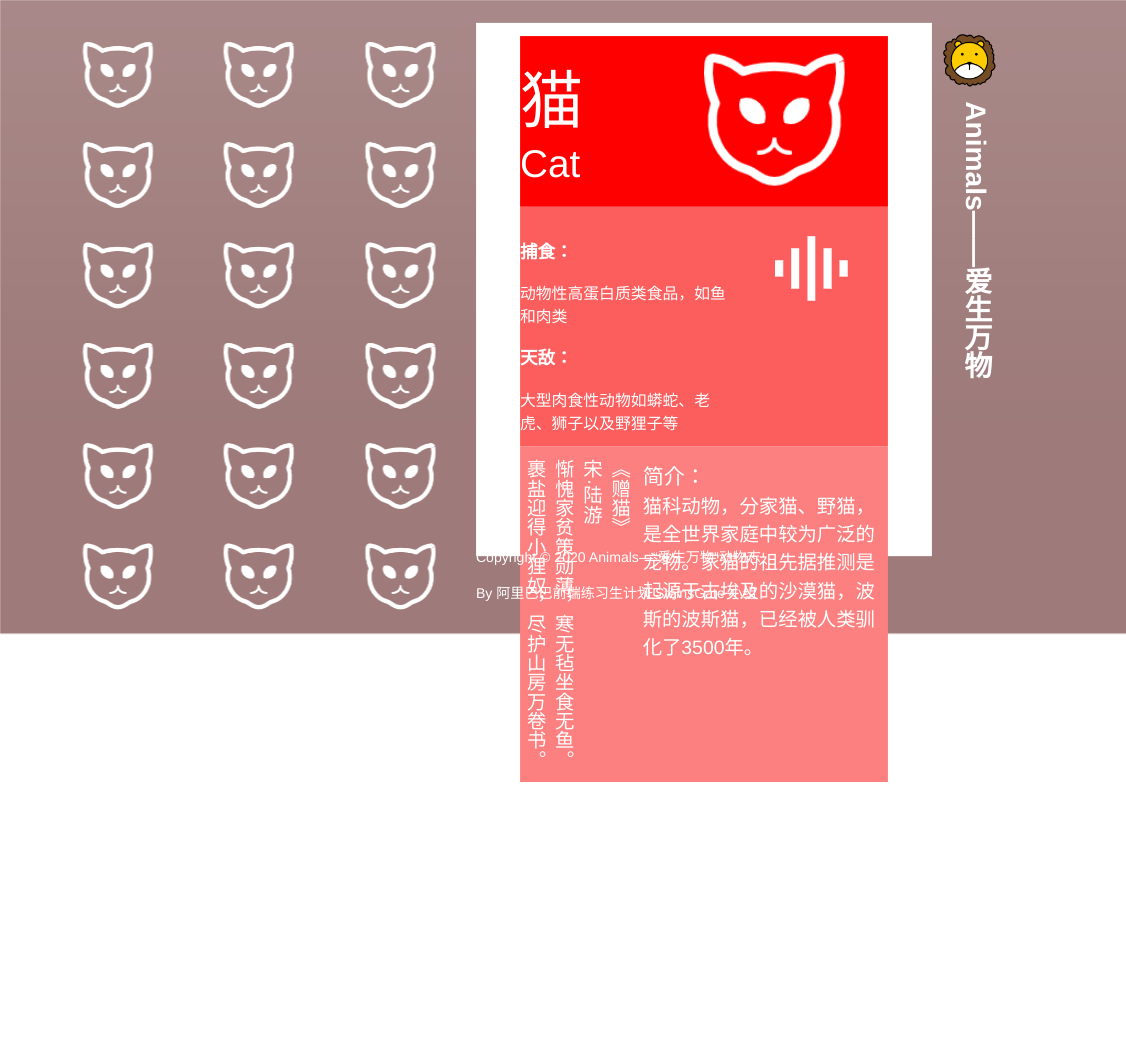
Repository: Whiskeyi/Animals
Page: /
These files come from the project's save history. The page is drawn as it stood at one moment and after a run of saves; the edit follows.
The browser window is 1280 px wide. The pictures show the whole page, at 88% of full size.
The project was rebuilt for these pictures with package versions that can differ from the ones it lists, and the page was loaded fresh each time.

Above is the page before, as saved 2021-11-16 00:44:52.

### public/index.html
<!DOCTYPE html>
<html lang="en">
  <head>
    <meta charset="utf-8">
    <meta http-equiv="X-UA-Compatible" content="IE=edge">
    <meta name="viewport" content="width=device-width,initial-scale=1.0">
    <link rel="icon" href="<%= BASE_URL %>favicon.ico">
    <title>Animals</title>
  </head>
  <body>
    <noscript>
      <strong>We're sorry but animals doesn't work properly without JavaScript enabled. Please enable it to continue.</strong>
    </noscript>
    <div id="app"></div>
    <!-- built files will be auto injected -->
  </body>
</html>

### src/main.js
import Vue from 'vue'
import App from './App.vue'
import router from './router'
import store from './store'
import './plugins/element.js' // 引入element-ui

Vue.config.productionTip = false

new Vue({
  router,
  store,
  render: h => h(App)
}).$mount('#app')

### src/App.vue
<template>
  <div id="app">
    <!-- 入口 -->
    <router-view/>
  </div>
</template>

<style lang="scss">
#app {
  font-family: 'Avenir', Helvetica, Arial, sans-serif;
  -webkit-font-smoothing: antialiased;
  -moz-osx-font-smoothing: grayscale;
}

html, body {  // 去除白边
    width: 100%;
    height: 100%;
    margin: 0;
    padding: 0;
    position: relative;
}

</style>

### src/router.js
// 路由
import Vue from 'vue'
import Router from 'vue-router'
import Home from './views/Home.vue'

Vue.use(Router)

export default new Router({
  mode: 'history',
  base: process.env.BASE_URL,
  routes: [
    {
      path: '/',
      name: 'home',
      component: Home
    }
  ]
})

### src/plugins/element.js
// 引入element-ui
import Vue from 'vue'

import ElementUI from 'element-ui';
import 'element-ui/lib/theme-chalk/index.css';

Vue.use(ElementUI);

### src/views/Home.vue
<template>
  <div class="home">
    <!-- 背景+光泽效果 -->
    <div class="bg">
      <Gloss></Gloss>
    </div>
    <!-- 页面容器 -->
    <div class="container">
      <!-- 左侧展示模块 -->
      <div id="leftContainer">
        <LeftMain></LeftMain>
      </div>
      <!-- 右侧展示模块 -->
      <div id="rightContainer">
        <!-- 输出信息 -->
          <Info></Info>
          <!-- 右侧标题 -->
          <RightHead></RightHead>
          <!-- 尾部 -->
          <Footer></Footer>
      </div>
    </div>
  </div>
</template>

<script>
// @ is an alias to /src
// 组件引入
import Gloss from '@/components/Gloss'
import Footer from '@/components/Footer'
import Info from '@/components/Info'
import RightHead from '@/components/right-head'
import LeftMain from '@/components/left-main'

export default {
  name: 'home',
  components: {
    Gloss,Footer,Info,RightHead,LeftMain
  }
}
</script>

<style lang="scss" scoped>
.home {
  // 滚动条样式修改（待定）
}
.bg {
  height: 100%;
  width: 100%;
  background-color:rgb(158, 122, 122);
  position: fixed;
  transition: background-color 2s ease-in; // 背景颜色2S过渡
  filter: blur(0.5px); // 背景高斯模糊
  // z-index: -9; //暂时注释,影响调试
}
#leftContainer {
  position: absolute;
  left: 10%;
  width: 30%;
  height: 100%;
  margin: 0 auto;
}
#rightContainer {
  position: fixed;
  right: 10%;
  width: 50%;
  height: 100%;
  margin: 0 auto;
}
@media screen and (max-width: 1440px) { // 屏幕小于1440px样式
  #leftContainer {
  position: absolute;
  left: 5%;
  width: 36%;
  height: 100%;
  margin: 0 auto;
}
#rightContainer {
  position: fixed;
  right: 5%;
  width: 54%;
  height: 100%;
  margin: 0 auto;
}
}
</style>

### src/components/Gloss/index.vue
<template>
<!-- 实现光泽效果,丰富背景颜色 -->
<div id="gloss"></div>
</template>

<script>
export default {

}
</script>

<style lang="scss" scoped>
#gloss {
    position: fixed;
    width: 100%;
    height: 478px;
    background: url('../../assets/gloss.png') repeat-x;
    // z-index: -8;  //暂时注释,影响调试
}
</style>

### src/components/Footer/index.vue
<template>
  <div class="footerContainer">
      <p>Copyright © 2020 Animals—“爱生万物”动物志</p>
      <p>By 阿里巴巴前端练习生计划 SteinsGate 小组</p>
  </div>
</template>

<script>
export default {

}
</script>

<style lang="scss" scoped>
.footerContainer {
    position: fixed;
    bottom: 0;
    font-size: 1rem;
    color:#fff;
    margin:0 0 20px 16px;
}
</style>

### src/components/Info/index.vue
<template>
  <div class="infoContainer">
    <div class="infPadding">
    <Introduce></Introduce>
    <HabbitVoice></HabbitVoice>
    <IntroduceBottom></IntroduceBottom>
    </div>
  </div>
</template>

<script>
import Introduce from './Introduce'
import HabbitVoice from './habbit-voice'
import IntroduceBottom from './introduce-bottom'
export default {
  name: 'Info',
  components: {
    Introduce, HabbitVoice, IntroduceBottom
  }
}
</script>

<style lang="scss" scoped>
.infoContainer {
    float: left;
    z-index: 10000;
    width: 82%;
    height: 80%;
    margin: 26px 0 0 16px;
    padding: 15px 0px;
    background-color: #fff;
    color:#fff;
}
.infPadding {
  padding: 0 50px;
}
.infoContainer logo {
    position: absolute;
}
@media screen and (max-width: 1440px) { // 屏幕小于1440px样式
  .infoContainer {
    float: left;
    z-index: 10000;
    width: 75%;
    height: 80%;
    margin: 26px 0 0 16px;
    background-color: #fff;
}
}
</style>

### src/components/right-head/index.vue
<template>
  <div class="rightHeadContainer">
      <el-image class="logo" alt="logo" :src="require('@/icons/index.png')"></el-image>
      <h1 class="vertical">Animals——爱生万物</h1>
  </div>
</template>

<script>
export default {

}
</script>

<style lang="scss" scoped>
.rightHeadContainer {
    float: left;
    height: 400px;
    width: 100px;
    margin: 26px 0 0 16px;
}
.vertical {
    writing-mode: vertical-lr;
    padding-left: 5px;
    color: #fff;
}
@media screen and (max-width: 1440px) { // 屏幕小于1440px样式
    .rightHeadContainer {
        float: left;
        height: 400px;
        width:85px;
        margin: 26px 0 0 0;
    }
    .vertical {
        writing-mode: vertical-lr;
        padding-right: 0;
        color: #fff;
    }
}
</style>

### src/components/left-main/index.vue
<template>
  <div class="leftContainer">
    <el-row :gutter="20" type="flex" justify="center">
      <el-col :span="8">
        <el-image class="logo" alt="logo" :src="require('@/icons//animals/cat.png')"></el-image>
      </el-col>
      <el-col :span="8">
        <el-image class="logo" alt="logo" :src="require('@/icons//animals/cat.png')"></el-image>
      </el-col>
      <el-col :span="8">
        <el-image class="logo" alt="logo" :src="require('@/icons//animals/cat.png')"></el-image>
      </el-col>
    </el-row>
    <el-row :gutter="20" type="flex" justify="center">
      <el-col :span="8">
        <el-image class="logo" alt="logo" :src="require('@/icons//animals/cat.png')"></el-image>
      </el-col>
      <el-col :span="8">
        <el-image class="logo" alt="logo" :src="require('@/icons//animals/cat.png')"></el-image>
      </el-col>
      <el-col :span="8">
        <el-image class="logo" alt="logo" :src="require('@/icons//animals/cat.png')"></el-image>
      </el-col>
    </el-row>
    <el-row :gutter="20" type="flex" justify="center">
      <el-col :span="8">
        <el-image class="logo" alt="logo" :src="require('@/icons//animals/cat.png')"></el-image>
      </el-col>
      <el-col :span="8">
        <el-image class="logo" alt="logo" :src="require('@/icons//animals/cat.png')"></el-image>
      </el-col>
      <el-col :span="8">
        <el-image class="logo" alt="logo" :src="require('@/icons//animals/cat.png')"></el-image>
      </el-col>
    </el-row>
    <el-row :gutter="20" type="flex" justify="center">
      <el-col :span="8">
        <el-image class="logo" alt="logo" :src="require('@/icons//animals/cat.png')"></el-image>
      </el-col>
      <el-col :span="8">
        <el-image class="logo" alt="logo" :src="require('@/icons//animals/cat.png')"></el-image>
      </el-col>
      <el-col :span="8">
        <el-image class="logo" alt="logo" :src="require('@/icons//animals/cat.png')"></el-image>
      </el-col>
    </el-row>
    <el-row :gutter="20" type="flex" justify="center">
      <el-col :span="8">
        <el-image class="logo" alt="logo" :src="require('@/icons//animals/cat.png')"></el-image>
      </el-col>
      <el-col :span="8">
        <el-image class="logo" alt="logo" :src="require('@/icons//animals/cat.png')"></el-image>
      </el-col>
      <el-col :span="8">
        <el-image class="logo" alt="logo" :src="require('@/icons//animals/cat.png')"></el-image>
      </el-col>
    </el-row>
    <el-row :gutter="20" type="flex" justify="center">
      <el-col :span="8">
        <el-image class="logo" alt="logo" :src="require('@/icons//animals/cat.png')"></el-image>
      </el-col>
      <el-col :span="8">
        <el-image class="logo" alt="logo" :src="require('@/icons//animals/cat.png')"></el-image>
      </el-col>
      <el-col :span="8">
        <el-image class="logo" alt="logo" :src="require('@/icons//animals/cat.png')"></el-image>
      </el-col>
    </el-row>
    <el-row :gutter="20" type="flex" justify="center">
      <el-col :span="8">
        <el-image class="logo" alt="logo" :src="require('@/icons//animals/cat.png')"></el-image>
      </el-col>
      <el-col :span="8">
        <el-image class="logo" alt="logo" :src="require('@/icons//animals/cat.png')"></el-image>
      </el-col>
      <el-col :span="8">
        <el-image class="logo" alt="logo" :src="require('@/icons//animals/cat.png')"></el-image>
      </el-col>
    </el-row>
    <el-row :gutter="20" type="flex" justify="center">
      <el-col :span="8">
        <el-image class="logo" alt="logo" :src="require('@/icons//animals/cat.png')"></el-image>
      </el-col>
      <el-col :span="8">
        <el-image class="logo" alt="logo" :src="require('@/icons//animals/cat.png')"></el-image>
      </el-col>
      <el-col :span="8">
        <el-image class="logo" alt="logo" :src="require('@/icons//animals/cat.png')"></el-image>
      </el-col>
    </el-row>
    <el-row :gutter="20" type="flex" justify="center">
      <el-col :span="8">
        <el-image class="logo" alt="logo" :src="require('@/icons//animals/cat.png')"></el-image>
      </el-col>
      <el-col :span="8">
        <el-image class="logo" alt="logo" :src="require('@/icons//animals/cat.png')"></el-image>
      </el-col>
      <el-col :span="8">
        <el-image class="logo" alt="logo" :src="require('@/icons//animals/cat.png')"></el-image>
      </el-col>
    </el-row>
    <el-row :gutter="20" type="flex" justify="center">
      <el-col :span="8">
        <el-image class="logo" alt="logo" :src="require('@/icons//animals/cat.png')"></el-image>
      </el-col>
      <el-col :span="8">
        <el-image class="logo" alt="logo" :src="require('@/icons//animals/cat.png')"></el-image>
      </el-col>
      <el-col :span="8">
        <el-image class="logo" alt="logo" :src="require('@/icons//animals/cat.png')"></el-image>
      </el-col>
    </el-row>
  </div>
</template>

<script>
export default {

}
</script>

<style lang="scss" scoped>
.leftContainer {
  padding: 30px 0;
  width: 100%;
  text-align: center;
}
.leftContainer .logo {
  width: 110px;
  height: 110px;
  padding: 20px 0;
}
 @media screen and (max-width: 1440px) { // 屏幕小于1440px样式
  .leftContainer .logo {
    height: 80px;
    width: 80px;
    padding: 15px 0;
  }
 }
</style>

### src/components/Info/Introduce/index.vue
<template>
  <div class="introduce">
      <el-row class="intContainer">
          <el-col :span="12">
              <div class="title">猫</div>
              <div class="subTitle">Cat</div>
          </el-col>
          <el-col :span="12">
            <el-image class="logo" alt="logo" :src="require('@/icons/animals/cat.png')"></el-image>
          </el-col>
      </el-row>
  </div>
</template>

<script>
export default {

}
</script>

<style lang="scss" scoped>
.introduce {
    background-color: red;
    height: 30%;
    width: 100%;
}
.intContainer {
    padding: 15px 0;
}
.logo {
    height: 160px;
    width: 160px;
}
.title {
    font-size: 72px;
}
.subTitle {
    font-size: 44px;
}
</style>

### src/components/Info/habbit-voice/index.vue
<template>
  <div class="habVoice">
       <el-row class="habContainer">
          <el-col class="habContent" :span="14">
              <p class="foodTitle">捕食：</p>
              <div class="food">动物性高蛋白质类食品，如鱼和肉类</div>
              <p class="enemyTitle">天敌：</p>
              <div class="enemy">大型肉食性动物如蟒蛇、老虎、狮子以及野狸子等</div>
          </el-col>
          <el-col :span="10">
            <el-image class="logo" alt="logo" :src="require('@/icons/voice.png')"></el-image>
          </el-col>
      </el-row>
  </div>
</template>

<script>
export default {

}
</script>

<style lang="scss" scoped>
.habVoice {
    background-color: rgb(252, 94, 94);
    height: 30%;
    text-align: center;
}
.habContainer {
    padding: 15px 0;
}
.habContent p {
    font-size: 20px;
    font-weight: bold;
    text-align: left;
}
.habContent div {
    font-size: 18px;
    text-align: left;
}
.logo {
    height: 110px;
    width: 110px;
}
</style>

### src/components/Info/introduce-bottom/index.vue
<template>
<div class="fooBottom">
     <el-row class="botContainer">
          <el-col class="poem" :span="8">
              <div class="firstContent">裹盐迎得小狸奴，尽护山房万卷书。</div>
              <div class="lastContent">惭愧家贫策勋薄，寒无毡坐食无鱼。</div>
              <div class="author">宋·陆游</div>
              <div class="poemTitle">《赠猫》</div>
              <!-- <p class="foodTitle">捕食：</p>
              <div class="food">动物性高蛋白质类食品，如鱼和肉类</div>
              <p class="enemyTitle">天敌：</p>
              <div class="enemy">大型肉食性动物如蟒蛇、老虎、狮子以及野狸子等</div> -->
          </el-col>
          <el-col :span="16">
              <div class="IntTitle">简介：</div>
              <div class="IntContent">猫科动物，分家猫、野猫，是全世界家庭中较为广泛的宠物。家猫的祖先据推测是起源于古埃及的沙漠猫，波斯的波斯猫，已经被人类驯化了3500年。</div>
          </el-col>
      </el-row>
</div>
</template>

<script>
export default {

}
</script>

<style lang="scss" scoped>
.fooBottom {
    background-color: rgb(253, 128, 128);
    height: 50%;
    width: 100%;
}
.botContainer {
    padding: 15px 0;
}
.poem {
    writing-mode: vertical-lr;
    font-size: 22px;
}
.IntTitle {
    font-size: 24px;
}
.IntContent {
    font-size: 22px;
}
</style>

Loaded but not shown: src/store.js (common file)

After the next 2 saves:
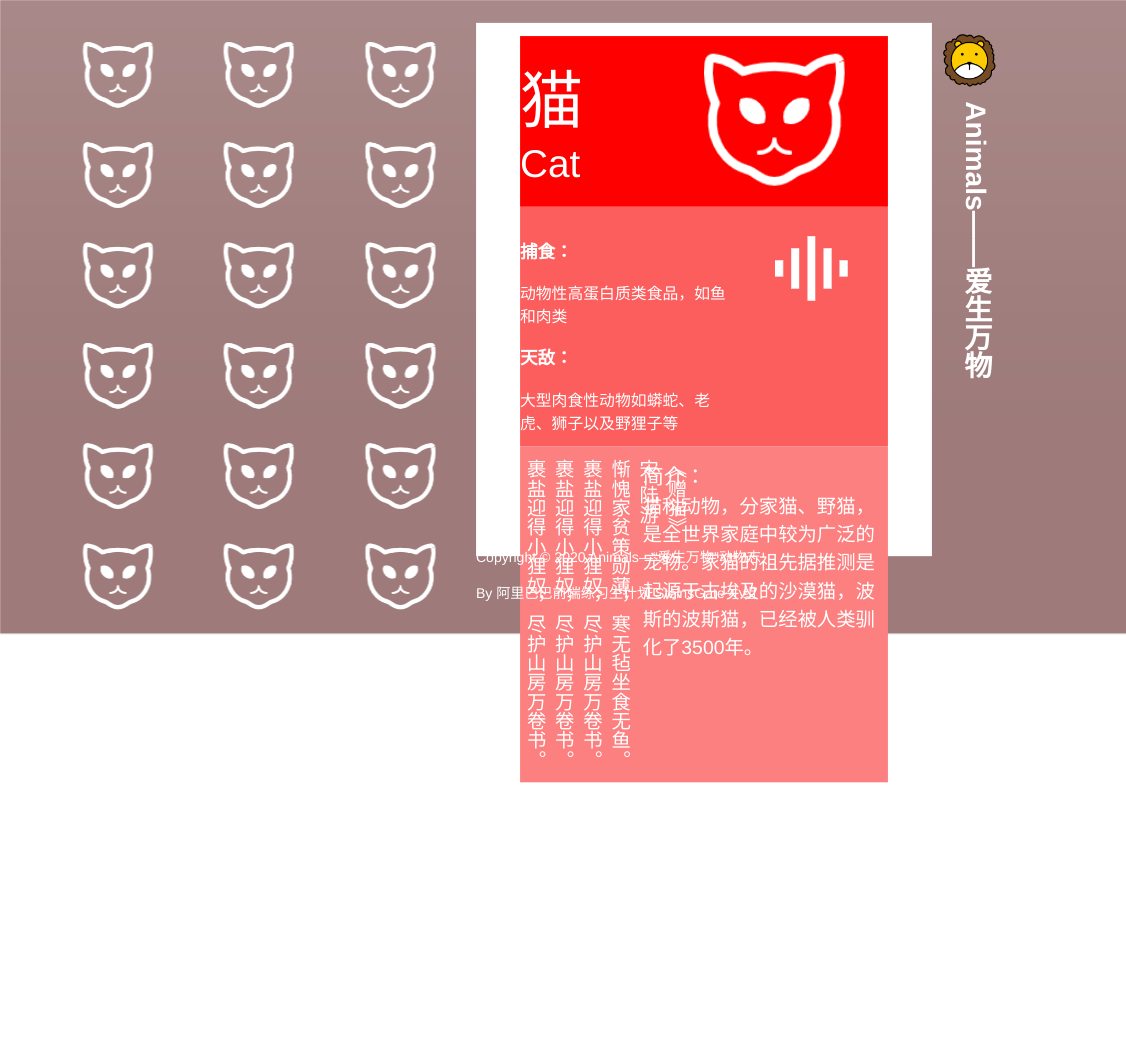
The 2 saves are shown as one change because they came seconds apart.
The last was saved 45 s later.
--- a/src/components/Info/introduce-bottom/index.vue
+++ b/src/components/Info/introduce-bottom/index.vue
@@ -2,8 +2,10 @@
 <div class="fooBottom">
      <el-row class="botContainer">
           <el-col class="poem" :span="8">
-              <div class="firstContent">裹盐迎得小狸奴，尽护山房万卷书。</div>
-              <div class="lastContent">惭愧家贫策勋薄，寒无毡坐食无鱼。</div>
+              <div class="content4">裹盐迎得小狸奴，尽护山房万卷书。</div>
+              <div class="content3">裹盐迎得小狸奴，尽护山房万卷书。</div>
+              <div class="content2">裹盐迎得小狸奴，尽护山房万卷书。</div>
+              <div class="content1">惭愧家贫策勋薄，寒无毡坐食无鱼。</div>
               <div class="author">宋·陆游</div>
               <div class="poemTitle">《赠猫》</div>
               <!-- <p class="foodTitle">捕食：</p>
